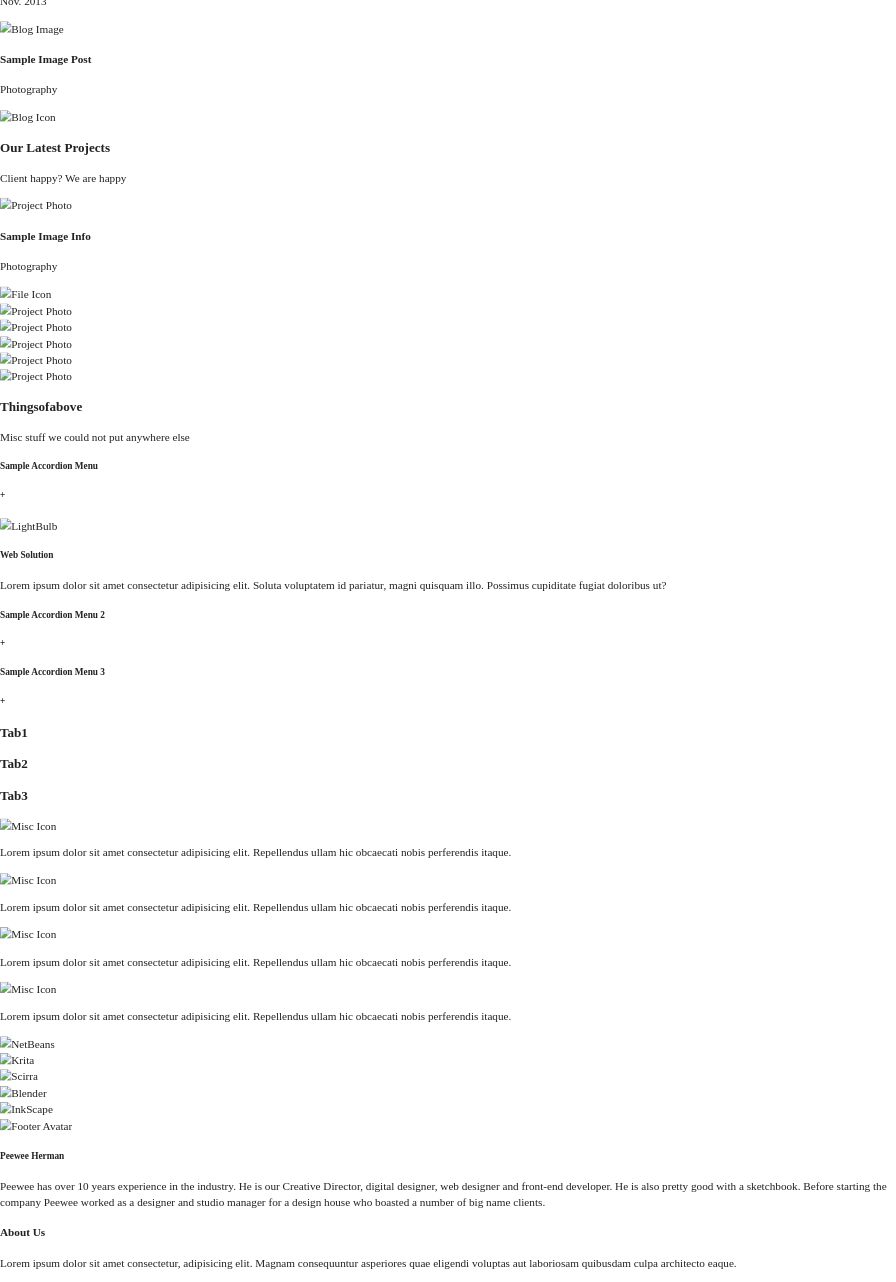
Repository: wilyyy/metrolics
Page: index.html
These files come from the project's save history. The page is drawn as it stood at one moment and after the next save; the edit follows.
The browser window is 1280 px wide. The pictures show the part of the page from y = 2228 to 4148 px (the page is 4060 px tall before and 4148 px after), at 70% of full size.

Above is the page before, as saved 2021-01-27 10:52:57.

After the next save:
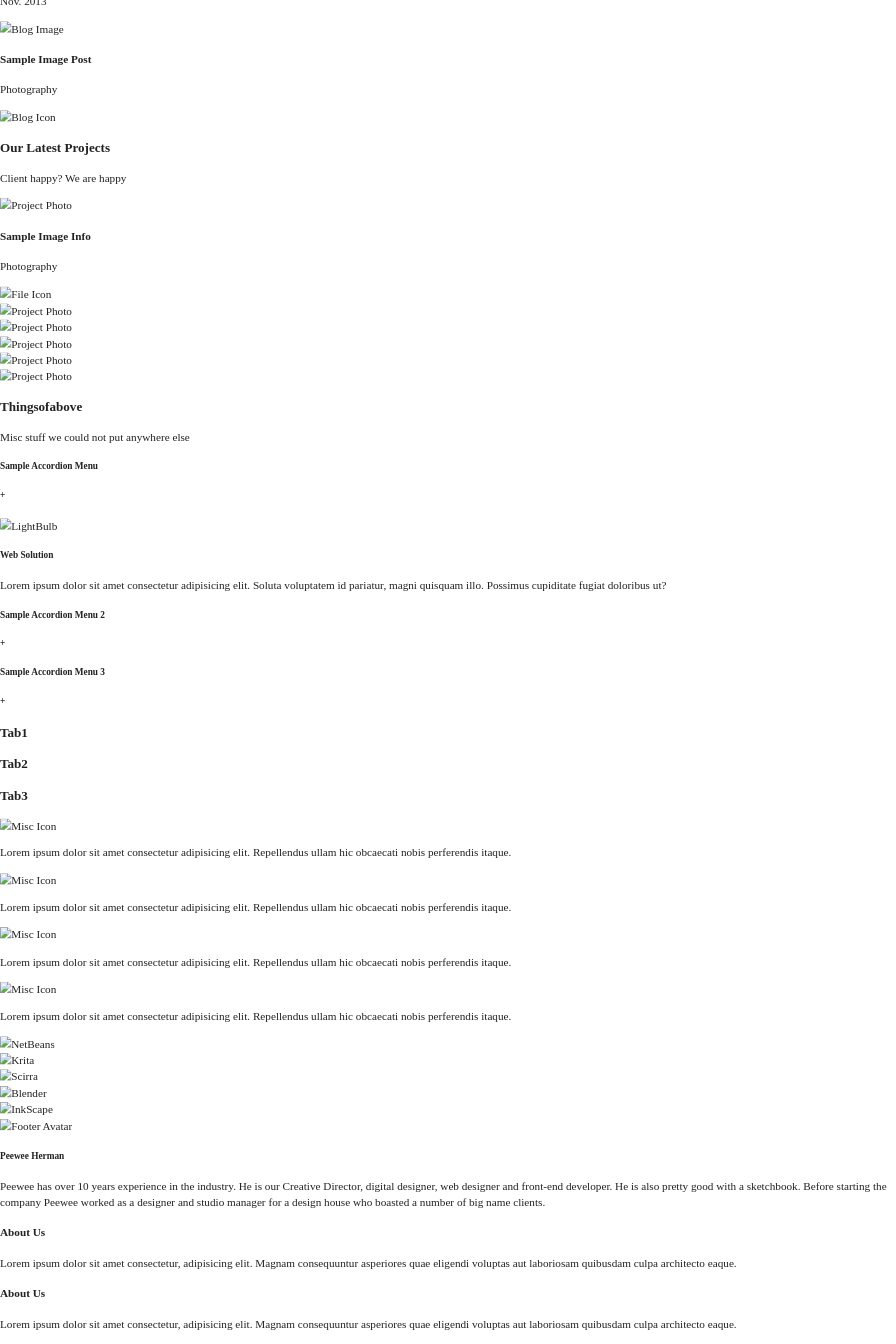
Saved 68 s later.
--- a/index.html
+++ b/index.html
@@ -371,6 +371,13 @@
           Magnam consequuntur asperiores quae eligendi voluptas aut laboriosam quibusdam culpa architecto eaque.
         </p>
       </div>
+
+      <div class="footer-info-container">
+        <h4>About Us</h4>
+        <p>Lorem ipsum dolor sit amet consectetur, adipisicing elit.
+          Magnam consequuntur asperiores quae eligendi voluptas aut laboriosam quibusdam culpa architecto eaque.
+        </p>
+      </div>
     </div>
   </footer>
 
